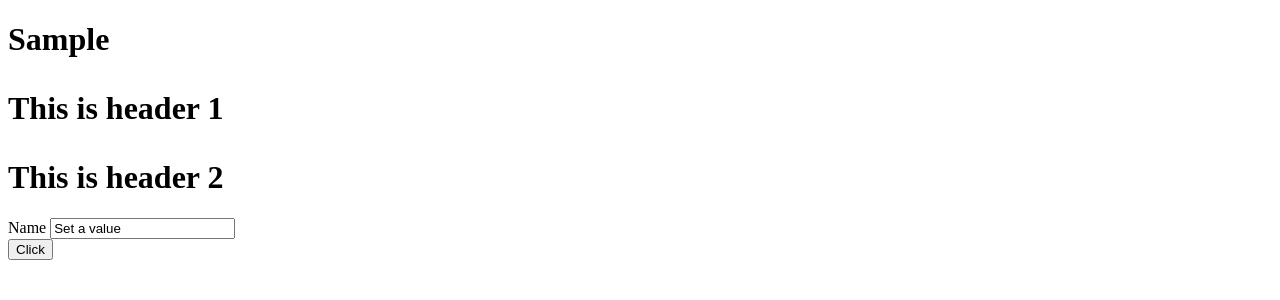
Repository: ravinforu/HTML5_CSS3_JS_Frameworks_Jul_2012-1
Page: Day01/WebContent/ajax.html
The author's editor kept a copy of each file at every save. The page is drawn from the files as they stood at one save, then again after the next save.
The browser window is 1280 px wide. The pictures show the whole page.
Empty fields were first filled with sample values (such as "Sample", 5 or name@example.com).
After loading, the first visible `#clickBtn` was clicked once.

Above is the page before, as saved 2012-07-20 08:48:59.

### Day01/WebContent/ajax.html
<!DOCTYPE html>
<html>
<head>
	<script src="jquery-1.7.2.js"></script>
	<script>
		//Selector expressions
		$().ready(function(){
			$("#nameText").on("blur",function(){
				alert($("#nameText").val());
			});
			$("#clickBtn").on("click",function(){
				var name = $("#nameText").val();
				$("#header3").text(name);
				var header1 = $("h1#header1").html();
				alert(header1);
				alert($("h1.header2").text());
				$("#nameText").val("Set a value");
			});
		});
	</script>
</head>
<body>
	<h1 id="header3"></h1>
	<h1 id="header1">
		<p>This is header 1</p>
	</h1>
	<h1 class="header2">This is header 2</h1>
	Name <input type="text" id="nameText">
	<br/>
	<input type="button" id="clickBtn" value="Click">
</body>
</html>

Loaded but not shown: Day01/WebContent/jquery-1.7.2.js (library)

After the next save:
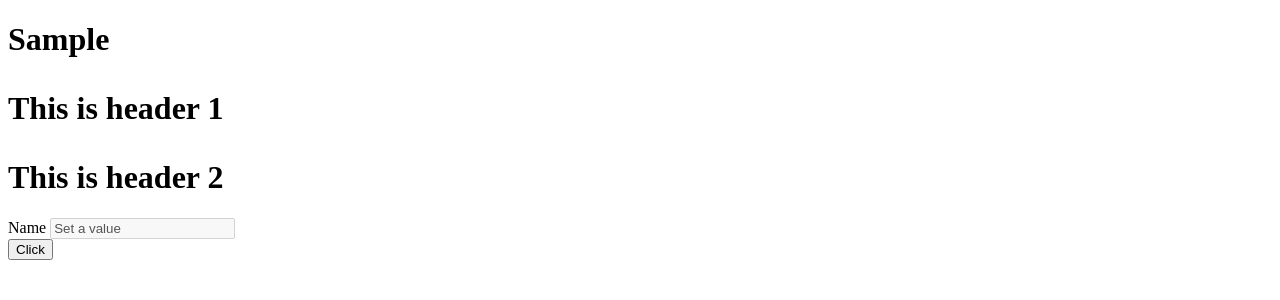
Saved 15 s later.
--- a/Day01/WebContent/ajax.html
+++ b/Day01/WebContent/ajax.html
@@ -15,6 +15,7 @@
 				alert(header1);
 				alert($("h1.header2").text());
 				$("#nameText").val("Set a value");
+				$("#nameText").attr("disabled","disabled");
 			});
 		});
 	</script>
